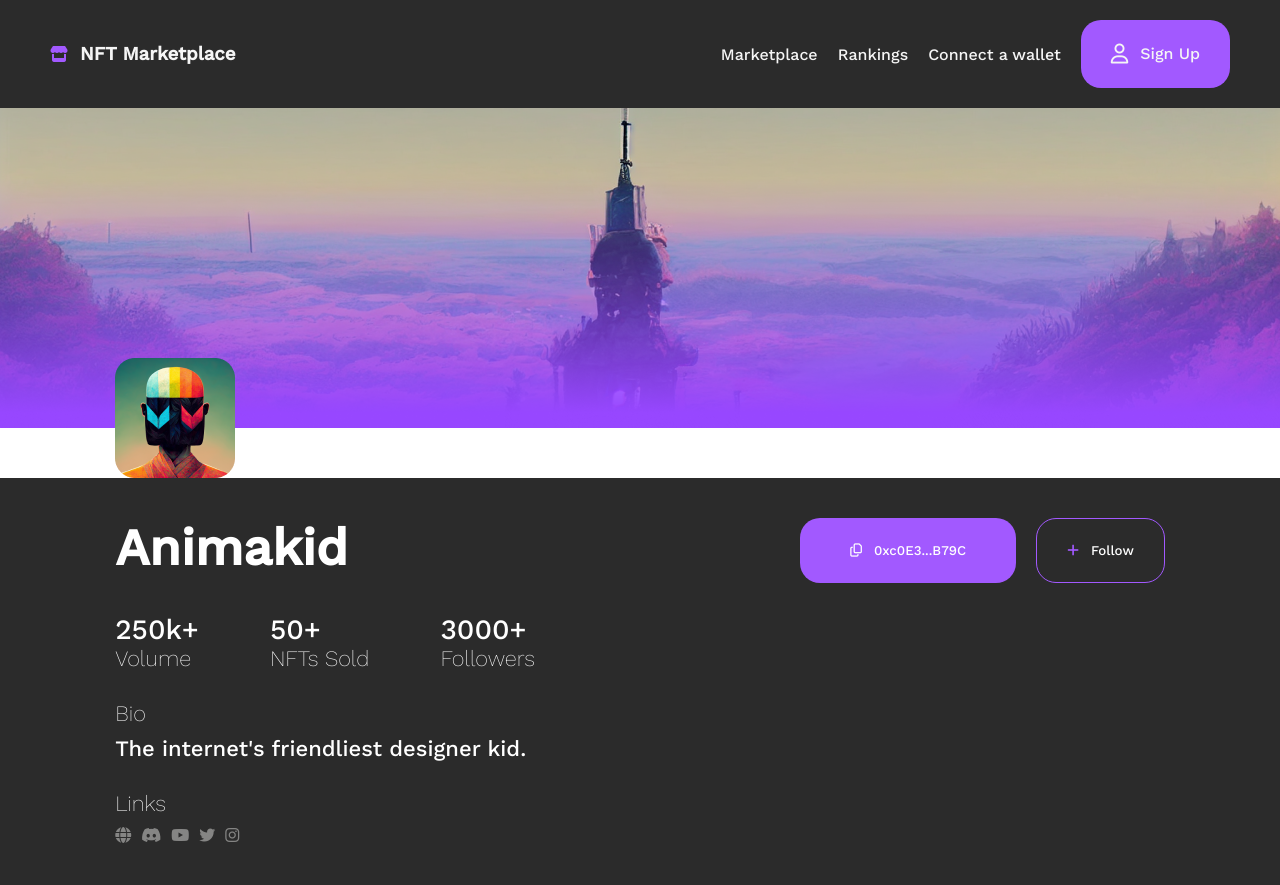
Repository: levananh202ht/NFT_Marketplace
Page: index.html
An editor plug-in stored every save of this project. The page is shown before and after the next save, followed by the edit.
The browser window is 1280 px wide. The pictures show the whole page.

Above is the page before, as saved 2023-12-09 14:38:39.

After the next save:
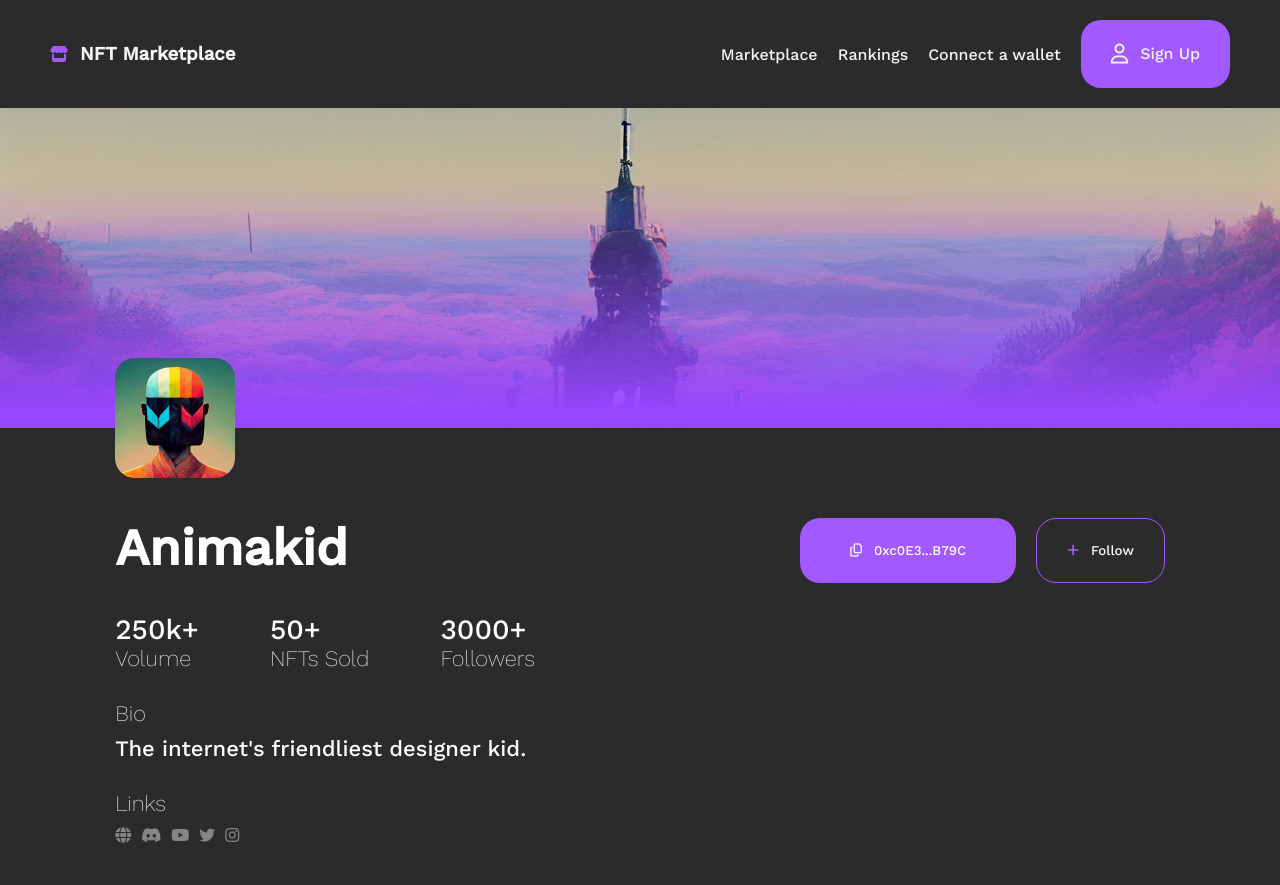
Saved 2 min 21 s later.
--- a/index.css
+++ b/index.css
@@ -5,6 +5,9 @@
     padding: 0;
     box-sizing: border-box;
     font-family: 'Work Sans', sans-serif;
+}
+.nft_container {
+    background: #2B2B2B;
 }
     /* CSS header */
 .nft_header {
